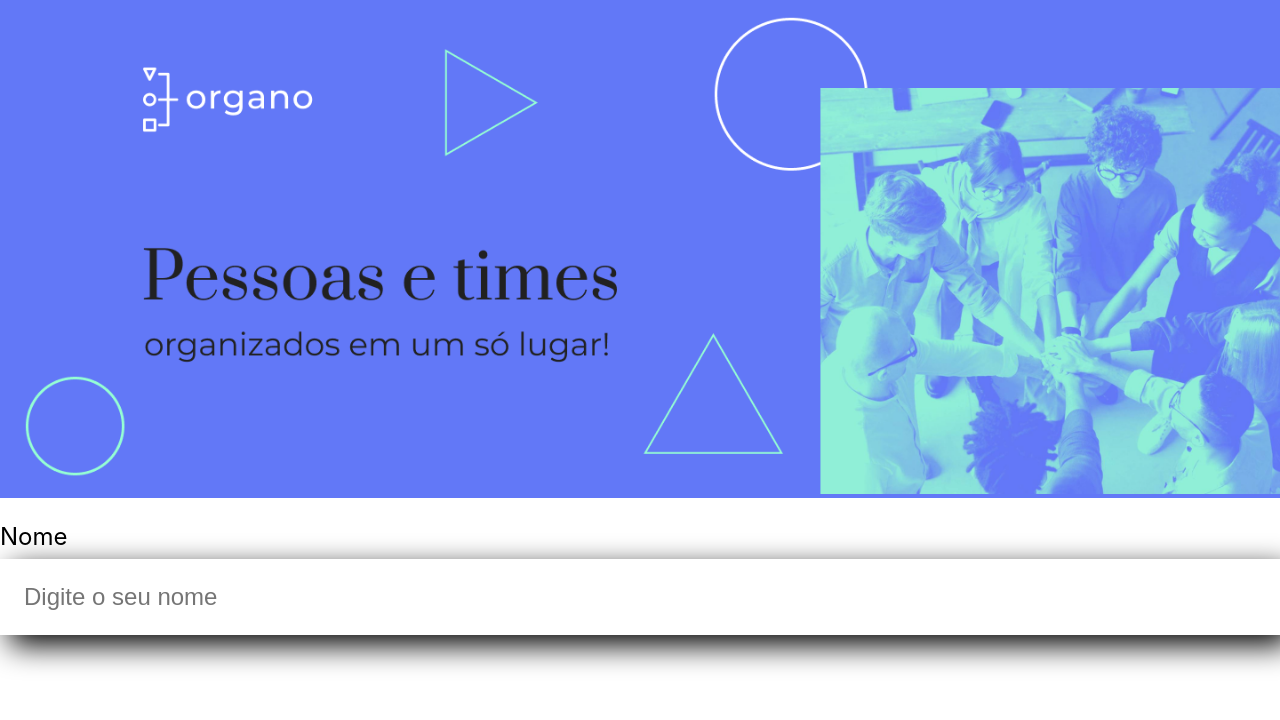
Repository: Joao-Carlos-Garcia-DEV/organo
Page: /
An editor plug-in stored every save of this project. The page is shown before and after the next save, followed by the edit.
The browser window is 1280 px wide. The pictures show the whole page.
The project was rebuilt for these pictures with package versions that can differ from the ones it lists, and the page was loaded fresh each time.

Above is the page before, as saved 2024-07-08 19:59:38.

After the next save:
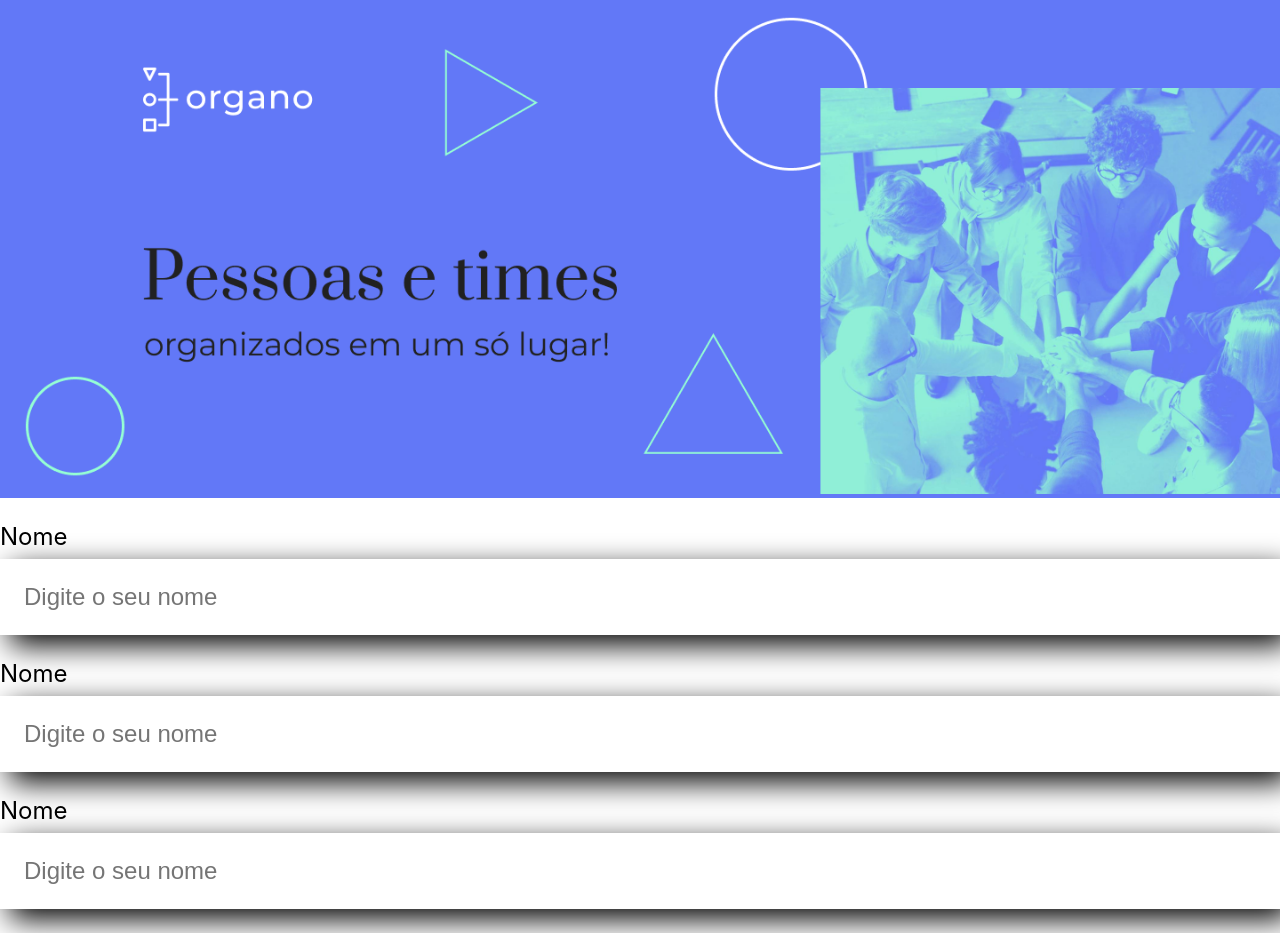
Saved 12 s later.
--- a/src/App.js
+++ b/src/App.js
@@ -7,6 +7,8 @@ function App() {
     <div className="App">
       <Banner />
       <CampoTexto Label="Nome"/>
+      <CampoTexto Label="Nome"/>
+      <CampoTexto Label="Nome"/>
     </div>
   );
 }
